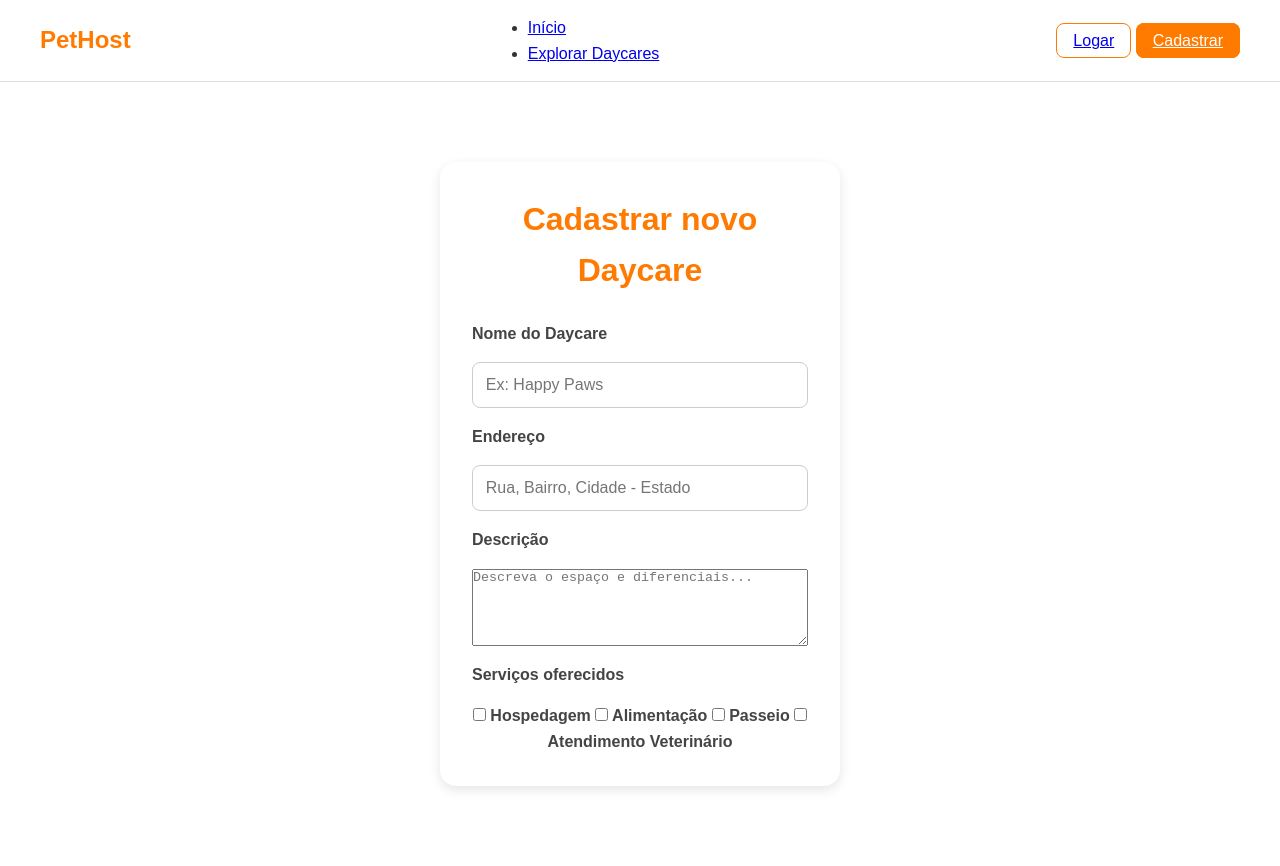
Repository: Vinicius9922/PetHost
Page: cadastro-imovel.html
An editor plug-in stored every save of this project. The page is shown before and after the next save, followed by the edit.
The browser window is 1280 px wide. The pictures show the whole page.

Above is the page before, as saved 2025-09-09 15:22:36.

### cadastro-imovel.html
<!DOCTYPE html>
<html lang="pt-BR">
<head>
  <meta charset="UTF-8">
  <meta name="viewport" content="width=device-width, initial-scale=1.0">
  <title>Cadastrar Imóvel - PetHost</title>
  <link rel="stylesheet" href="style.css">
</head>
<body>
  <!-- Header -->
  <header class="header">
    <div class="logo">PetHost</div>
    <nav>
      <ul class="nav-links">
        <li><a href="index.html">Início</a></li>
        <li><a href="anuncios.html">Explorar Daycares</a></li>
      </ul>
    </nav>
    <div class="auth-buttons">
      <a href="login.html" class="btn">Logar</a>
      <a href="cadastro.html" class="btn btn-primary">Cadastrar</a>
    </div>
  </header>

  <!-- Conteúdo principal -->
  <main class="form-container">
    <h1>Cadastrar novo Daycare</h1>
    <form class="form">
      <label for="nome">Nome do Daycare</label>
      <input type="text" id="nome" name="nome" placeholder="Ex: Happy Paws" required>

      <label for="endereco">Endereço</label>
      <input type="text" id="endereco" name="endereco" placeholder="Rua, Bairro, Cidade - Estado" required>

      <label for="descricao">Descrição</label>
      <textarea id="descricao" name="descricao" rows="5" placeholder="Descreva o espaço e diferenciais..." required></textarea>

      <label>Serviços oferecidos</label>
      <div class="checkbox-group">
        <label><input type="checkbox" name="servicos" value="hospedagem"> Hospedagem</label>
        <label><input type="checkbox" name="servicos" value="alimentacao"> Alimentação</label>
        <label><input type="checkbox" name="servicos" value="passeio"> Passeio</label>
        <label><input type="checkbox" name="servicos" value="veterinario"> Atendimento Veterinário</label>
      </div>

      <label for="capaci

### css/style.css
/* ===============================LAYOUT GLOBAL================================== */
* {
  margin: 0;
  padding: 0;
  box-sizing: border-box;
}

body {
  font-family: Arial, sans-serif;
  line-height: 1.6;
  color: #333;
}

/* HEADER */
.header {
  display: flex;
  justify-content: space-between;
  align-items: center;
  padding: 15px 40px;
  background: #fff;
  border-bottom: 1px solid #ddd;
  position: sticky;
  top: 0;
  z-index: 100;
}

.logo {
  font-size: 1.5rem;
  font-weight: bold;
  color: #ff7b00;
}

.nav {
  display: flex;
  align-items: center;
  gap: 15px;
}

.btn {
  padding: 8px 16px;
  border: 1px solid #ff7b00;
  border-radius: 8px;
  background: transparent;
  cursor: pointer;
  transition: all 0.3s;
}

.btn:hover {
  background: #ff7b00;
  color: #fff;
}

.btn-primary {
  background: #ff7b00;
  color: #fff;
}

.btn-primary:hover {
  background: #e86c00;
}

/* USER INFO */
.user-info {
  display: flex;
  align-items: center;
  gap: 8px;
}

.user-info img.avatar {
  border-radius: 50%;
}

.hidden {
  display: none;
}

/* HERO */
.hero {
  text-align: center;
  padding: 80px 20px;
  background: #fff8f0;
}

.hero h1 {
  font-size: 3rem;
  color: #333;
}

.slogan {
  margin: 15px 0;
  font-size: 1.2rem;
  color: #555;
}

.hero-buttons {
  margin-top: 20px;
  display: flex;
  gap: 15px;
  justify-content: center;
}

/* ABOUT */
.about {
  display: flex;
  justify-content: space-between;
  align-items: center;
  gap: 40px;
  padding: 60px 40px;
}

.about-text {
  flex: 1;
}

.about-image img {
  width: 100%;
  max-width: 400px;
  border-radius: 12px;
}

/* SERVICES */
.services {
  padding: 60px 40px;
  background: #f9f9f9;
}

.services h2 {
  text-align: center;
  margin-bottom: 40px;
  color: #333;
}

.services-grid {
  display: grid;
  grid-template-columns: repeat(auto-fit, minmax(220px, 1fr));
  gap: 20px;
}

.service-card {
  background: #fff;
  border-radius: 12px;
  padding: 20px;
  box-shadow: 0 2px 6px rgba(0,0,0,0.1);
  transition: transform 0.3s;
}

.service-card:hover {
  transform: translateY(-5px);
}

/* FOOTER */
.footer {
  padding: 20px;
  background: #333;
  color: #fff;
  text-align: center;
}

.footer .socials a {
  margin: 0 10px;
  font-size: 1.2rem;
  color: #ff7b00;
  text-decoration: none;
}


/* ===============================LOGIN E CADASTRO================================== */


/* Containers dos formulários */
.form-container {
  max-width: 400px;
  margin: 80px auto;
  padding: 2rem;
  background: #fff;
  border-radius: 16px;
  box-shadow: 0 4px 12px rgba(0,0,0,0.1);
  text-align: center;
}

.form-container h1 {
  margin-bottom: 1.5rem;
  color: #ff7a00; /* cor alaranjada padrão */
}

form {
  display: flex;
  flex-direction: column;
  gap: 1rem;
}

form label {
  text-align: left;
  font-weight: 600;
  color: #444;
}

form input, form select {
  padding: 0.8rem;
  border: 1px solid #ccc;
  border-radius: 8px;
  font-size: 1rem;
}

form input:focus, form select:focus {
  border-color: #ff7a00;
  outline: none;
}

.extra-link {
  margin-top: 1rem;
  font-size: 0.9rem;
}
.extra-link a {
  color: #ff7a00;
  text-decoration: none;
  font-weight: 600;
}
.extra-link a:hover {
  text-decoration: underline;
}


/* ===============================DAYCARES================================== */


/* Hero menor para páginas internas */
.hero.small {
  padding: 60px 20px;
  text-align: center;
  background: #ffe4cc;
}

.hero.small h1 {
  font-size: 2rem;
  margin-bottom: 10px;
}

.hero.small p {
  font-size: 1.2rem;
  color: #555;
}

/* Grid de Cards */
.grid-cards {
  display: grid;
  grid-template-columns: repeat(auto-fit, minmax(280px, 1fr));
  gap: 20px;
  margin: 40px 0;
}

.card {
  background: #fff;
  border-radius: 12px;
  overflow: hidden;
  box-shadow: 0 4px 10px rgba(0,0,0,0.1);
  display: flex;
  flex-direction: column;
  transition: transform 0.2s;
}

.card:hover {
  transform: translateY(-5px);
}

.card img {
  width: 100%;
  height: 180px;
  object-fit: cover;
}

.card-body {
  padding: 15px;
  flex: 1;
  display: flex;
  flex-direction: column;
  justify-content: space-between;
}

.card-body h3 {
  margin-bottom: 8px;
  font-size: 1.2rem;
}

.card-body p {
  color: #555;
  margin: 3px 0;
}

.price {
  font-weight: bold;
  color: #ff6600;
  margin-top: 5px;
}

.card-body .btn-primary {
  margin-top: 10px;
  text-align: center;
}


/* ===============================DETALHES================================== */


/* Banner */
.daycare-banner img {
  width: 100%;
  height: auto;
  border-radius: 8px;
  margin-bottom: 20px;
}

/* Conteúdo */
.daycare-details {
  max-width: 900px;
  margin: 0 auto;
  padding: 20px;
}

.daycare-details h1 {
  font-size: 2rem;
  margin-bottom: 10px;
}

.daycare-details .location {
  font-size: 1rem;
  color: #666;
  margin-bottom: 20px;
}

.daycare-details .description {
  font-size: 1.1rem;
  line-height: 1.6;
  margin-bottom: 30px;
}

.services {
  list-style: none;
  padding: 0;
  margin-bottom: 30px;
}

.services li {
  background: #fff3e6;
  padding: 10px;
  margin: 5px 0;
  border-radius: 6px;
}

.reviews {
  background: #f9f9f9;
  padding: 15px;
  border-left: 4px solid #ff7f50;
  margin-bottom: 30px;
  border-radius: 6px;
}

.actions {
  text-align: center;
}

After the next save:
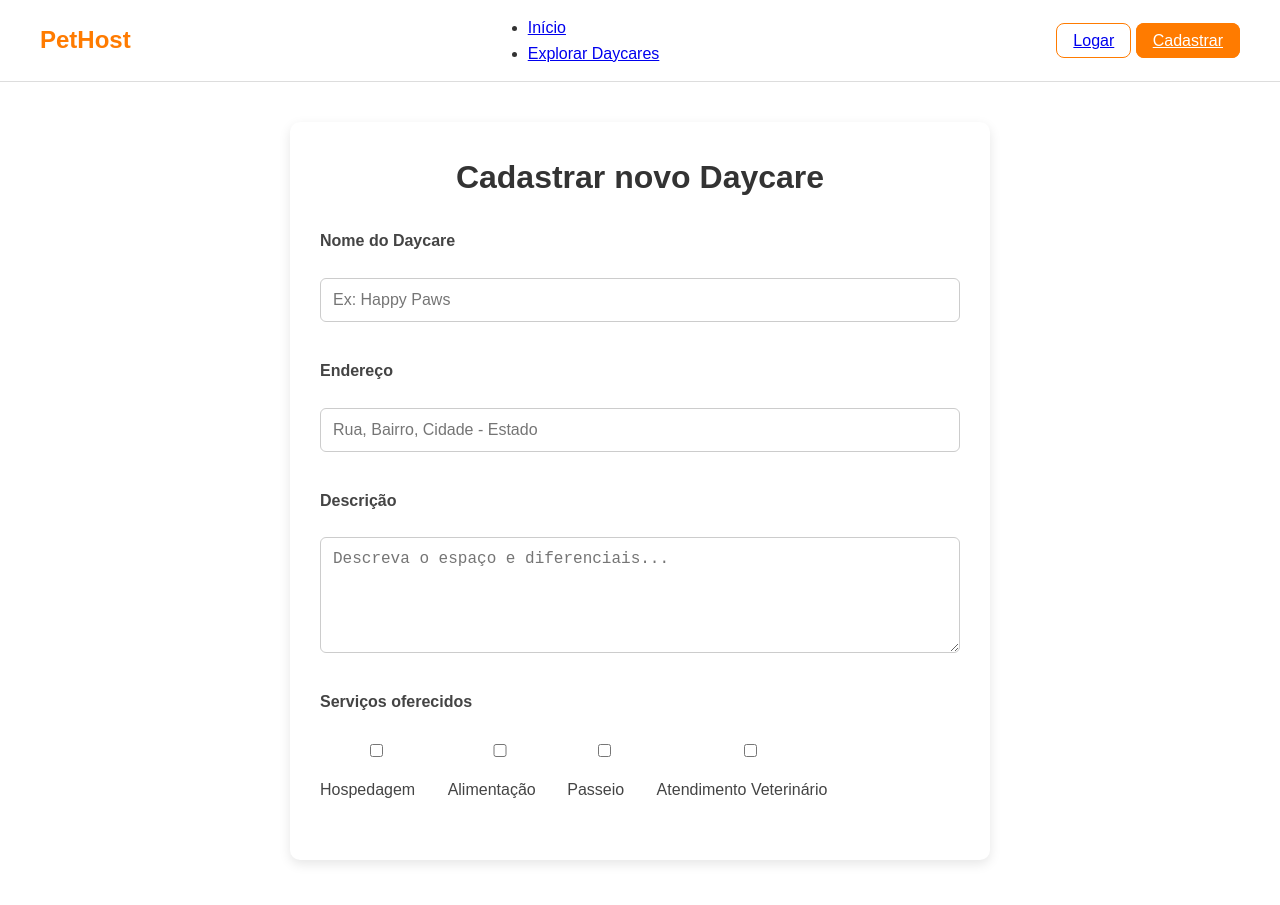
Saved 15 s later.
--- a/css/style.css
+++ b/css/style.css
@@ -358,3 +358,51 @@ form input:focus, form select:focus {
 .actions {
   text-align: center;
 }
+
+/* Formulário de cadastro de imóvel */
+.form-container {
+  max-width: 700px;
+  margin: 40px auto;
+  background: #fff;
+  padding: 30px;
+  border-radius: 10px;
+  box-shadow: 0 4px 12px rgba(0,0,0,0.1);
+}
+
+.form-container h1 {
+  text-align: center;
+  margin-bottom: 25px;
+  color: #333;
+}
+
+.form label {
+  display: block;
+  margin-bottom: 8px;
+  font-weight: 600;
+}
+
+.form input,
+.form textarea,
+.form select {
+  width: 100%;
+  padding: 12px;
+  margin-bottom: 20px;
+  border: 1px solid #ccc;
+  border-radius: 6px;
+  font-size: 1rem;
+}
+
+.form textarea {
+  resize: vertical;
+}
+
+.checkbox-group {
+  display: flex;
+  flex-wrap: wrap;
+  gap: 15px;
+  margin-bottom: 20px;
+}
+
+.checkbox-group label {
+  font-weight: normal;
+}
